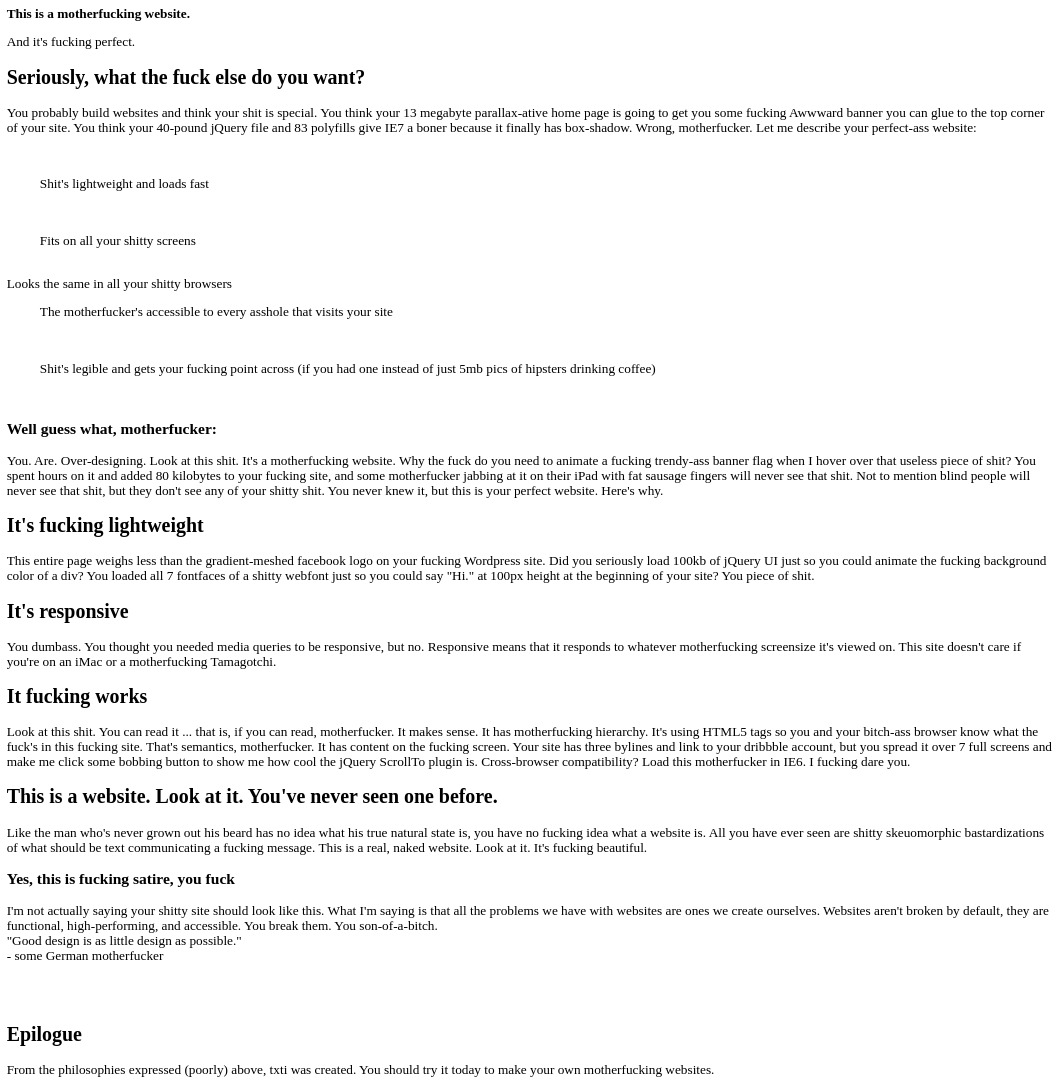
Repository: Ulrichvoitier/Refaire-Google
Page: MotherFuckingWebsite.html
An editor plug-in stored every save of this project. The page is shown before and after the next save, followed by the edit.
The browser window is 1280 px wide. The pictures show the whole page, at 83% of full size.

Above is the page before, as saved 2023-01-09 15:13:52.

After the next save:
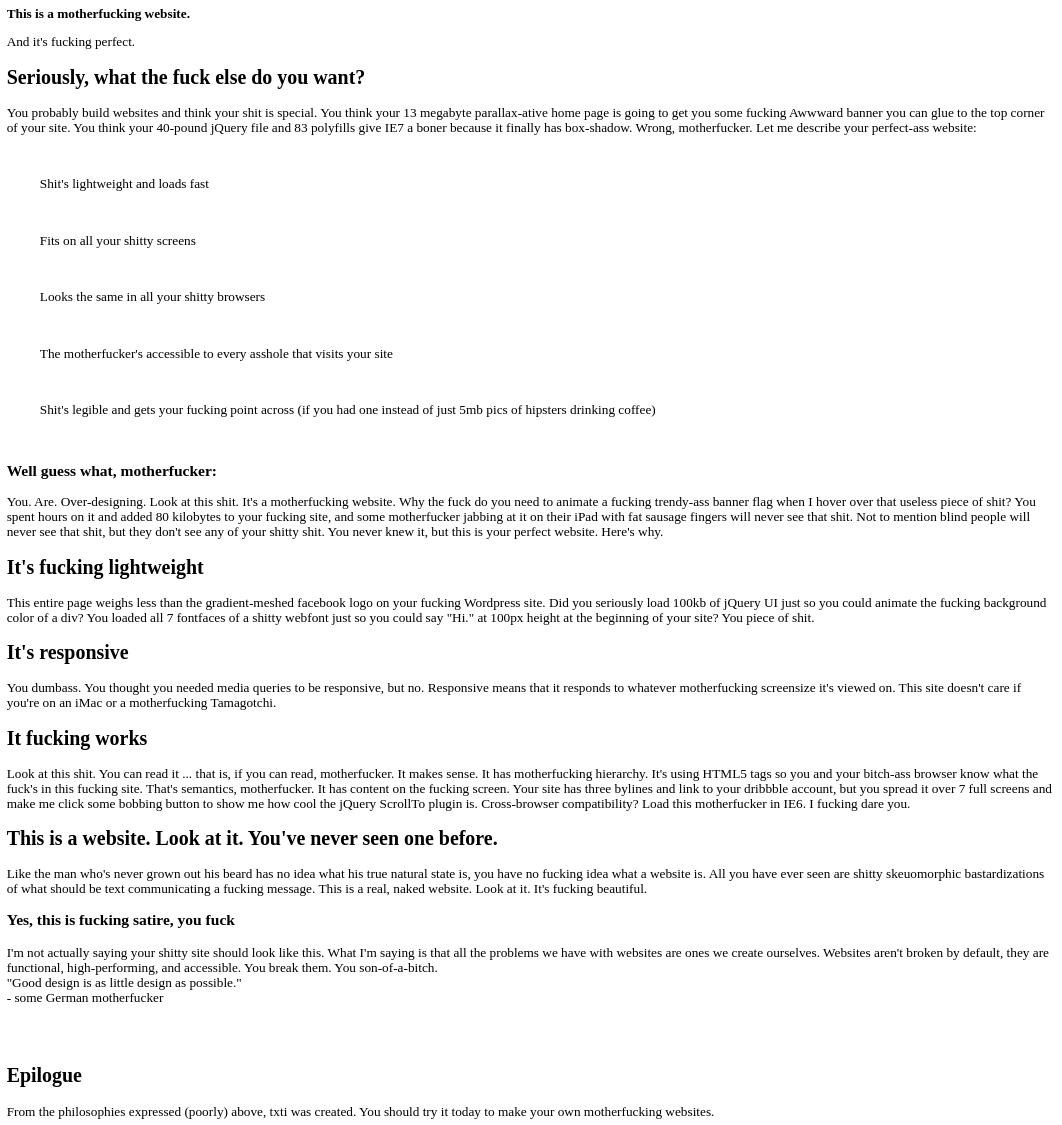
Saved 5 min 48 s later.
--- a/MotherFuckingWebsite.html
+++ b/MotherFuckingWebsite.html
@@ -11,7 +11,7 @@
 <br>
     <ul>Shit's lightweight and loads fast</ul><br>
     <ul>Fits on all your shitty screens</ul><br>
-    <uk>Looks the same in all your shitty browsers</uk><br>
+    <ul>Looks the same in all your shitty browsers</ul><br>
     <ul>The motherfucker's accessible to every asshole that visits your site</ul><br>
     <ul>Shit's legible and gets your fucking point across (if you had one instead of just 5mb pics of hipsters drinking coffee)</ul><br>
 <h3>Well guess what, motherfucker:</h3>
